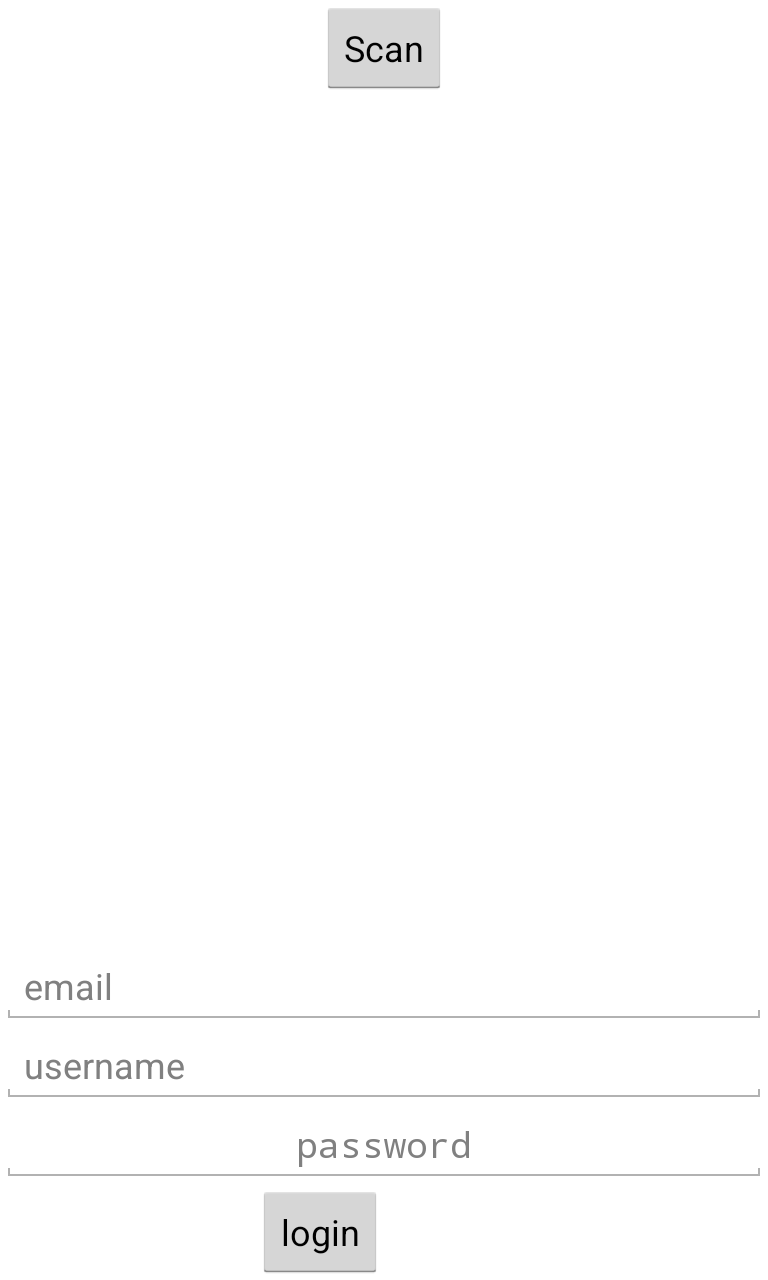
Repository: jessewang129/BarcodeScanner
Layout: nwhack/res/layout/activity_main.xml
These files come from the project's save history. The layout is drawn as it stood at one moment and after the next save; the edit follows.
It is drawn on a 768 x 1280 px phone screen (xhdpi) without system bars, with theme AppTheme; the app's code is not run.

Above is the layout before, as saved 2015-03-15 12:04:42.

After the next save:
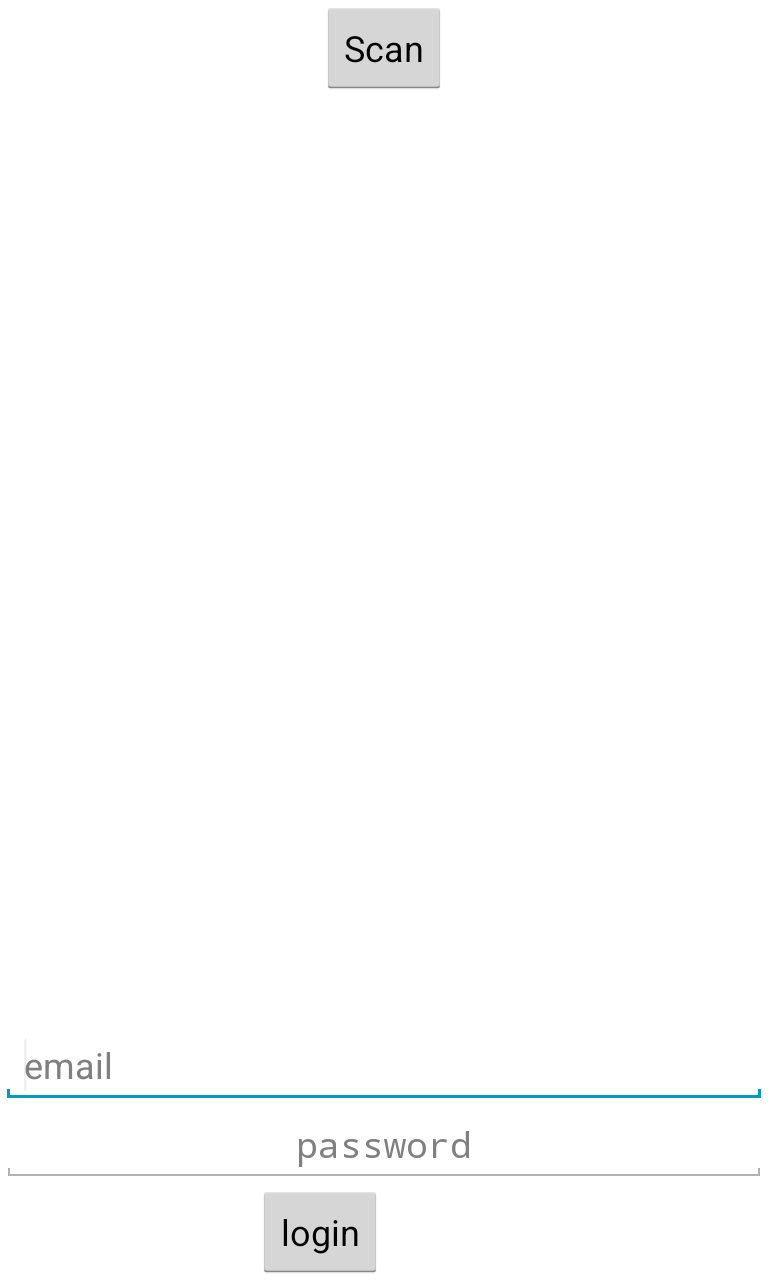
Saved 6 min 14 s later.
--- a/nwhack/res/layout/activity_main.xml
+++ b/nwhack/res/layout/activity_main.xml
@@ -43,28 +43,6 @@
 	    android:maxLines="1"
 	    android:password="true" />
 
-	<EditText
-	    android:id="@+id/user"
-	    android:layout_width="fill_parent"
-	    android:layout_height="wrap_content"
-	    android:layout_above="@+id/password"
-	    android:layout_alignParentLeft="true"
-	    android:ems="10"
-	    android:hint="@string/username"
-	    android:inputType="text"
-	    android:maxLines="1" />
-
-	<EditText
-	    android:id="@+id/email_address"
-	    android:layout_width="fill_parent"
-	    android:layout_height="wrap_content"
-	    android:layout_above="@+id/user"
-	    android:layout_alignParentLeft="true"
-	    android:ems="10"
-	    android:hint="@string/email"
-	    android:inputType="textEmailAddress"
-	    android:maxLines="1" />
-
 	<Button
 	    android:id="@+id/login_button"
 	    android:layout_width="wrap_content"
@@ -73,4 +51,27 @@
 	    android:layout_toLeftOf="@+id/scan_format"
 	    android:text="@string/login" />
 
+	<EditText
+	    android:id="@+id/email_address"
+	    android:layout_width="fill_parent"
+	    android:layout_height="wrap_content"
+	    android:layout_above="@+id/password"
+	    android:layout_alignParentLeft="true"
+	    android:ems="10"
+	    android:hint="@string/email"
+	    android:inputType="textEmailAddress"
+	    android:maxLines="1" >
+
+	    <requestFocus />
+	</EditText>
+
+	<TextView
+	    android:id="@+id/login_result"
+	    android:layout_width="match_parent"
+	    android:layout_height="wrap_content"
+	    android:layout_alignParentLeft="true"
+	    android:layout_below="@+id/product_name"
+	    android:layout_marginTop="32dp"
+	    android:textAppearance="?android:attr/textAppearanceLarge" />
+
 </RelativeLayout>
